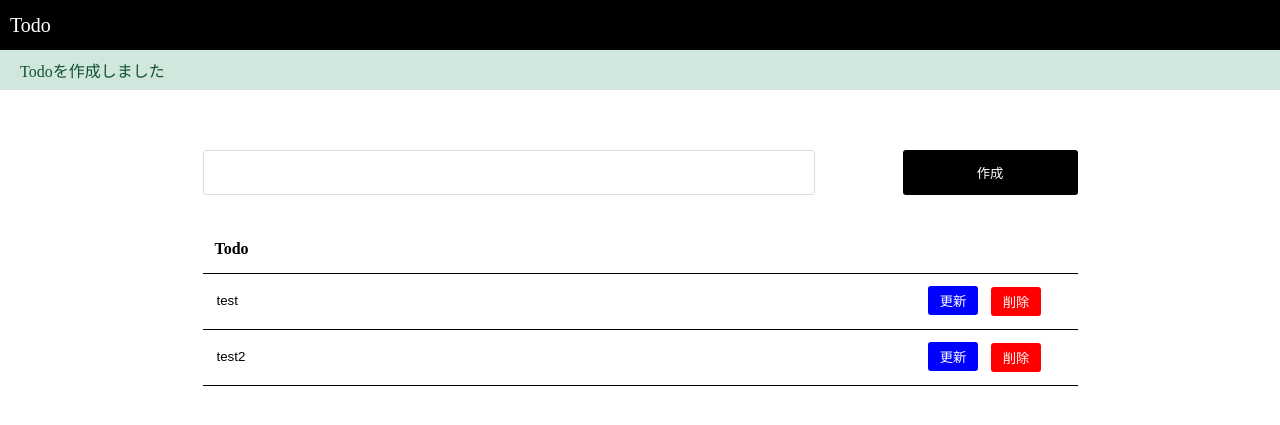
Repository: mayu-ya/todo4
Page: http://localhost/
An editor plug-in stored every save of this project. The page is shown before and after the next save, followed by the edit.
The browser window is 1280 px wide. The pictures show the whole page.
The page is served by the project's Laravel application, run on PHP 8.4 with Laravel 8. Other server files are loaded and not shown. Queries for data that is not in the repository find no rows.

Above is the page before, as saved 2026-01-13 10:39:12.

### src/routes/web.php
<?php

use Illuminate\Support\Facades\Route;
use App\Http\Controllers\TodoController;

/*
|--------------------------------------------------------------------------
| Web Routes
|--------------------------------------------------------------------------
|
| Here is where you can register web routes for your application. These
| routes are loaded by the RouteServiceProvider within a group which
| contains the "web" middleware group. Now create something great!
|
*/

Route::get('/', [TodoController::class, 'index']);
Route::post('/todos', [TodoController::class, 'store']);

### src/app/Http/Controllers/TodoController.php
<?php

namespace App\Http\Controllers;

use App\Models\Todo;
use Illuminate\Http\Request;

class TodoController extends Controller
{
    public function index()
    {
        $todos = Todo::all();

        return view('index', compact('todos'));
    }

    public function store(Request $request)
    {
        $todo = $request->only(['content']);
        Todo::create($todo);

        return redirect('/todos');
    }
}

### src/app/Models/Todo.php
<?php

namespace App\Models;

use Illuminate\Database\Eloquent\Factories\HasFactory;
use Illuminate\Database\Eloquent\Model;

class Todo extends Model
{
    use HasFactory;

    protected $fillable = ['content'];
}

### src/resources/views/index.blade.php
@extends('layouts.app')

@section('css')
<link rel="stylesheet" href="{{ asset('css/index.css') }}">
@endsection

@section('content')
<div class="todo-message">
    <div class="todo-message_header">Todoを作成しました</div>
</div>

<div class="content">
    <form class="create-form" action="/todos" method="post">
        @csrf
        <div class="create-form-todo">
            <input class=create-form-todo_input type="text" name="content">
        </div>
        <div class="create-form_button">
            <button class="create-form_button-submit" type="submit">作成</button>
        </div>
    </form>

    <table class="table">
        <tr class="table-row">
            <th class="table-title">Todo</th>
        </tr>
        <tr class="table-row">
            <td class="table_item">
                <form class="table-update">
                    <div class="table-todo">
                        <input type="text" class="table-update_input" name="name" value="test">
                    </div>
                    <div class="table-update_button">
                        <button class="table-update_button-submit" type="submit">更新</button>
                    </div>
                </form>
            </td>
            <td class="table_item">
                <form class="table-delete">
                    <div class="table-delete_button">
                        <button class="table-delete_button-submit" type="submit">削除</button>
                    </div>
                </form>
            </td>
        </tr>
        <tr class="table-row">
            <td class="table_item">
                <form class="table-update">
                    <div class="table-todo">
                        <input type="text" class="table-update_input" name="name" value="test2">
                    </div>
                    <div class="table-update_button">
                        <button class="table-update_button-submit" type="submit">更新</button>
                    </div>
                </form>
            </td>
            <td class="table_item">
                <form class="table-delete">
                    <div class="table-delete_button">
                        <button class="table-delete_button-submit" type="submit">削除</button>
                    </div>
                </form>
            </td>
        </tr>
    </table>
</div>
@endsection

### src/resources/views/layouts/app.blade.php
<!DOCTYPE html>
<html lang="ja">
<head>
    <meta charset="UTF-8">
    <meta name="viewport" content="width=device-width, initial-scale=1.0">
    <title>Todo</title>
    <link rel="stylesheet" href="{{ asset('css/sanitize.css') }}">
    <link rel="stylesheet" href="{{ asset('css/common.css') }}">
    @yield('css')
</head>
<body>
    <header class="header">
        <div class="header-inner">
            <a href="/" class="header-logo">Todo</a>
        </div>
    </header>

    <main>
        @yield('content')
    </main>
</body>
</html>

### src/public/css/sanitize.css
/* Document
* ========================================================================== */

/**
* Add border box sizing in all browsers (opinionated).
*/

*,
::before,
::after {
box-sizing: border-box;
}

/**
* 1. Add text decoration inheritance in all browsers (opinionated).
* 2. Add vertical alignment inheritance in all browsers (opinionated).
*/

::before,
::after {
vertical-align: inherit; /* 2 */
text-decoration: inherit; /* 1 */
}

/**
* 1. Use the default cursor in all browsers (opinionated).
* 2. Change the line height in all browsers (opinionated).
* 3. Use a 4-space tab width in all browsers (opinionated).
* 4. Remove the grey highlight on links in iOS (opinionated).
* 5. Prevent adjustments of font size after orientation changes in
*    IE on Windows Phone and in iOS.
* 6. Breaks words to prevent overflow in all browsers (opinionated).
*/

html {
word-break: break-word; /* 6 */
-moz-tab-size: 4; /* 3 */
tab-size: 4; /* 3 */
line-height: 1.5; /* 2 */
cursor: default; /* 1 */

-webkit-tap-highlight-color: transparent /* 4 */;
-ms-text-size-adjust: 100%; /* 5 */
-webkit-text-size-adjust: 100%; /* 5 */
}

/* Sections
* ========================================================================== */

/**
* Remove the margin in all browsers (opinionated).
*/

body {
margin: 0;
}

/**
* Correct the font size and margin on `h1` elements within `section` and
* `article` contexts in Chrome, Edge, Firefox, and Safari.
*/

h1 {
margin: 0.67em 0;
font-size: 2em;
}

/* Grouping content
* ========================================================================== */

/**
* Remove the margin on nested lists in Chrome, Edge, IE, and Safari.
*/

dl dl,
dl ol,
dl ul,
ol dl,
ul dl {
margin: 0;
}

/**
* Remove the margin on nested lists in Edge 18- and IE.
*/

ol ol,
ol ul,
ul ol,
ul ul {
margin: 0;
}

/**
* 1. Add the correct sizing in Firefox.
* 2. Show the overflow in Edge 18- and IE.
*/

hr {
overflow: visible; /* 2 */
height: 0; /* 1 */
}

/**
* Add the correct display in IE.
*/

main {
display: block;
}

/**
* Remove the list style on navigation lists in all browsers (opinionated).
*/

nav ol,
nav ul {
padding: 0;
list-style: none;
}

/**
* 1. Correct the inheritance and scaling of font size in all browsers.
* 2. Correct the odd `em` font sizing in all browsers.
*/

pre {
font-size: 1em; /* 2 */
font-family: monospace, monospace; /* 1 */
}

/* Text-level semantics
* ========================================================================== */

/**
* Remove the gray background on active links in IE 10.
*/

a {
background-color: transparent;
}

/**
* Add the correct text decoration in Edge 18-, IE, and Safari.
*/

abbr[title] {
text-decoration: underline;
text-decoration: underline dotted;
}

/**
* Add the correct font weight in Chrome, Edge, and Safari.
*/

b,
strong {
font-weight: bolder;
}

/**
* 1. Correct the inheritance and scaling of font size in all browsers.
* 2. Correct the odd `em` font sizing in all browsers.
*/

code,
kbd,
samp {
font-size: 1em; /* 2 */
font-family: monospace, monospace; /* 1 */
}

/**
* Add the correct font size in all browsers.
*/

small {
font-size: 80%;
}

/* Embedded content
* ========================================================================== */

/*
* Change the alignment on media elements in all browsers (opinionated).
*/

audio,
canvas,
iframe,
img,
svg,
video {
vertical-align: middle;
}

/**
* Add the correct display in IE 9-.
*/

audio,
video {
display: inline-block;
}

/**
* Add the correct display in iOS 4-7.
*/

audio:not([controls]) {
display: none;
height: 0;
}

/**
* Remove the border on iframes in all browsers (opinionated).
*/

iframe {
border-style: none;
}

/**
* Remove the border on images within links in IE 10-.
*/

img {
border-style: none;
}

/**
* Change the fill color to match the text color in all browsers (opinionated).
*/

svg:not([fill]) {
fill: currentColor;
}

/**
* Hide the overflow in IE.
*/

svg:not(:root) {
overflow: hidden;
}

/* Tabular data
* ========================================================================== */

/**
* Collapse border spacing in all browsers (opinionated).
*/

table {
border-collapse: collapse;
}

/* Forms
* ========================================================================== */

/**
* Remove the margin on controls in Safari.
*/

button,
input,
select {
margin: 0;
}

/**
* 1. Show the overflow in IE.
* 2. Remove the inheritance of text transform in Edge 18-, Firefox, and IE.
*/

button {
overflow: visible; /* 1 */
text-transform: none; /* 2 */
}

/**
* Correct the inability to style buttons in iOS and Safari.
*/

button,
[type="button"],
[type="reset"],
[type="submit"] {
-webkit-appearance: button;
}

/**
* 1. Change the inconsistent appearance in all browsers (opinionated).
* 2. Correct the padding in Firefox.
*/

fieldset {
padding: 0.35em 0.75em 0.625em; /* 2 */
border: 1px solid #a0a0a0; /* 1 */
}

/**
* Show the overflow in Edge 18- and IE.
*/

input {
overflow: visible;
}

/**
* 1. Correct the text wrapping in Edge 18- and IE.
* 2. Correct the color inheritance from `fieldset` elements in IE.
*/

legend {
display: table; /* 1 */
max-width: 100%; /* 1 */
color: inherit; /* 2 */
white-space: normal; /* 1 */
}

/**
* 1. Add the correct display in Edge 18- and IE.
* 2. Add the correct vertical alignment in Chrome, Edge, and Firefox.
*/

progress {
display: inline-block; /* 1 */
vertical-align: baseline; /* 2 */
}

/**
* Remove the inheritance of text transform in Firefox.
*/

select {
text-transform: none;
}

/**
* 1. Remove the margin in Firefox and Safari.
* 2. Remove the default vertical scrollbar in IE.
* 3. Change the resize direction in all browsers (opinionated).
*/

textarea {
overflow: auto; /* 2 */
margin: 0; /* 1 */
resize: vertical; /* 3 */
}

/**
* Remove the padding in IE 10-.
*/

[type="checkbox"],
[type="radio"] {
padding: 0;
}

/**
* 1. Correct the odd appearance in Chrome, Edge, and Safari.
* 2. Correct the outline style in Safari.
*/

[type="search"] {
outline-offset: -2px; /* 2 */

-webkit-appearance: textfield; /* 1 */
}

/**
* Correct the cursor style of increment and decrement buttons in Safari.
*/

::-webkit-inner-spin-button,
::-webkit-outer-spin-button {
height: auto;
}

/**
* Correct the text style of placeholders in Chrome, Edge, and Safari.
*/

::-webkit-input-placeholder {
color: inherit;
opacity: 0.54;
}

/**
* Remove the inner padding in Chrome, Edge, and Safari on macOS.
*/

::-webkit-search-decoration {
-webkit-appearance: none;
}

/**
* 1. Correct the inability to style upload buttons in iOS and Safari.
* 2. Change font properties to `inherit` in Safari.
*/

::-webkit-file-upload-button {
font: inherit; /* 2 */

-webkit-appearance: button; /* 1 */
}

/**
* Remove the inner border and padding of focus outlines in Firefox.
*/

::-moz-focus-inner {
padding: 0;
border-style: none;
}

/**
* Restore the focus outline styles unset by the previous rule in Firefox.
*/

:-moz-focusring {
outline: 1px dotted ButtonText;
}

/**
* Remove the additional :invalid styles in Firefox.
*/

:-moz-ui-invalid {
box-shadow: none;
}

/* Interactive
* ========================================================================== */

/*
* Add the correct display in Edge 18- and IE.
*/

details {
display: block;
}

/*
* Add the correct styles in Edge 18-, IE, and Safari.
*/

dialog {
position: absolute;
right: 0;
left: 0;
display: block;
margin: auto;
padding: 1em;
width: -moz-fit-content;
width: -webkit-fit-content;
width: fit-content;
height: -moz-fit-content;
height: -webkit-fit-content;
height: fit-content;
border: solid;
background-color: white;
color: black;
}

dialog:not([open]) {
display: none;
}

/*
* Add the correct display in all browsers.
*/

summary {
display: list-item;
}

/* Scripting
* ========================================================================== */

/**
* Add the correct display in IE 9-.
*/

canvas {
display: inline-block;
}

/**
* Add the correct display in IE.
*/

template {
display: none;
}

/* User interaction
* ========================================================================== */

/*
* 1. Remove the tapping delay in IE 10.
* 2. Remove the tapping delay on clickable elements
in all browsers (opinionated).
*/

a,
area,
button,
input,
label,
select,
summary,
textarea,
[tabindex] {
-ms-touch-action: manipulation; /* 1 */
touch-action: manipulation; /* 2 */
}

/**
* Add the correct display in IE 10-.
*/

[hidden] {
display: none;
}

/* Accessibility
* ========================================================================== */

/**
* Change the cursor on busy elements in all browsers (opinionated).
*/

[aria-busy="true"] {
cursor: progress;
}

/*
* Change the cursor on control elements in all browsers (opinionated).
*/

[aria-controls] {
cursor: pointer;
}

/*
* Change the cursor on disabled, not-editable, or otherwise
* inoperable elements in all browsers (opinionated).
*/

[aria-disabled="true"],
[disabled] {
cursor: not-allowed;
}

/*
* Change the display on visually hidden accessible elements
* in all browsers (opinionated).
*/

[aria-hidden="false"][hidden] {
display: initial;
}

[aria-hidden="false"][hidden]:not(:focus) {
position: absolute;
clip: rect(0, 0, 0, 0);
}

### src/public/css/common.css
.header {
    max-width: 1536px;
}

.header-inner {
    width: 100%;
}

.header-logo {
    display: block;
    height: 50px;
    padding: 10px;
    font-size: 20px;
    background: #000;
    color: #fff;
    text-decoration: none;
    cursor: pointer;
}

### src/public/css/index.css
.todo-message_header {
    height: 40px;
    padding: 10px 20px;
    background: #d1e7dd;
    color: #0f5132;
    border-color: #badbcc;
}

.todo-error-message_header {
    height: 40px;
    padding: 10px 20px;
    background: #f8d7da;
    color: #842029;
    border-color: #f5c2c7;
}

.content {
    max-width: 1536px;
    margin: 0 auto;
    padding: 60px 15px;
}

.create-form {
    display: flex;
    width: 70%;
    justify-content: space-between;
    margin: 0 auto;
    align-items: center;
}

.create-form-todo {
    width: 70%;
}

.create-form-todo_input {
    padding: 10px;
    width: 100%;
    height: 45px;
    border: 1px solid #ddd;
    border-radius: 3px;
    outline: none;
}

.create-form_button {
    width: 20%;
}

.create-form_button-submit {
    padding: 10px;
    width: 100%;
    height: 45px;
    border: none;
    border-radius: 3px;
    background: #000;
    color: #fff;
    cursor: pointer;
}

.table {
    margin: 30px auto;
    width: 70%;
    text-align: left;
}

.table-row {
    display: flex;
    border-bottom: 1px solid #000;
}

.table-title {
    padding: 12px;
    width: 20%;
    text-align: left;
    font-weight: bold;
}

.table-update {
    display: flex;
    align-items: center;
    justify-content: space-between;
}

.table-todo {
    width: 80%;
    line-height: 50%;
}

.table-update_input {
    width: 100%;
    outline: none;
    border: none;
}

.table_item:first-of-type {
    padding: 12px;
    width: 90%;
}

.table-update_button {
    width: 50px;
}

.table-update_button-submit {
    padding: 5px;
    width: 100%;
    border: none;
    border-radius: 3px;
    background: #00f;
    color: #fff;
    cursor: pointer;
}

.table-delete_button {
    width: 50px;
    padding: 12px 0;
}

.table-delete_button-submit {
    padding: 5px;
    width: 100%;
    border: none;
    border-radius: 3px;
    background: #ff0000;
    color: #fff;
    cursor: pointer;
}

Loaded but not shown: src/app/Http/Controllers/Controller.php (common file)

After the next save:
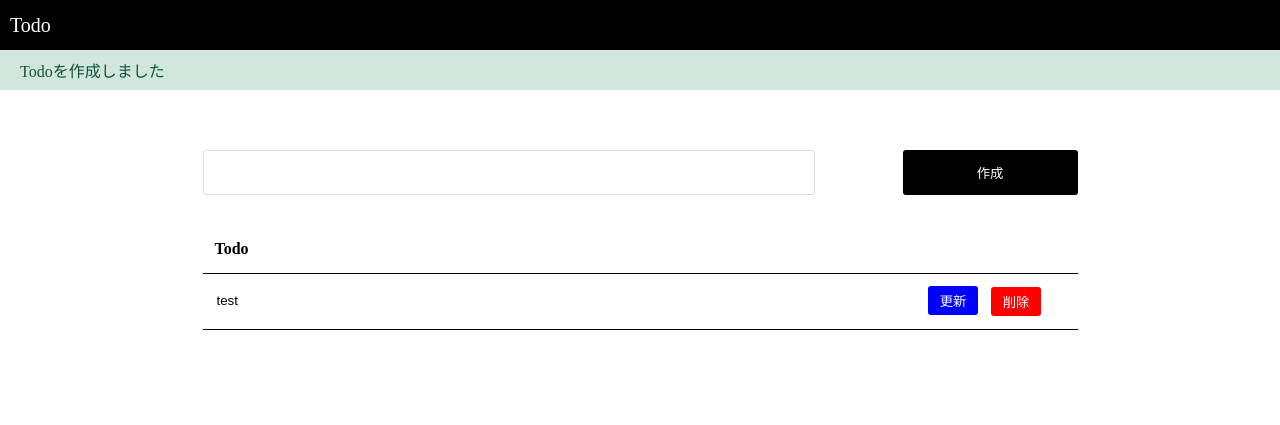
Saved 2 min 10 s later.
--- a/src/resources/views/index.blade.php
+++ b/src/resources/views/index.blade.php
@@ -43,25 +43,6 @@
                 </form>
             </td>
         </tr>
-        <tr class="table-row">
-            <td class="table_item">
-                <form class="table-update">
-                    <div class="table-todo">
-                        <input type="text" class="table-update_input" name="name" value="test2">
-                    </div>
-                    <div class="table-update_button">
-                        <button class="table-update_button-submit" type="submit">更新</button>
-                    </div>
-                </form>
-            </td>
-            <td class="table_item">
-                <form class="table-delete">
-                    <div class="table-delete_button">
-                        <button class="table-delete_button-submit" type="submit">削除</button>
-                    </div>
-                </form>
-            </td>
-        </tr>
     </table>
 </div>
 @endsection
